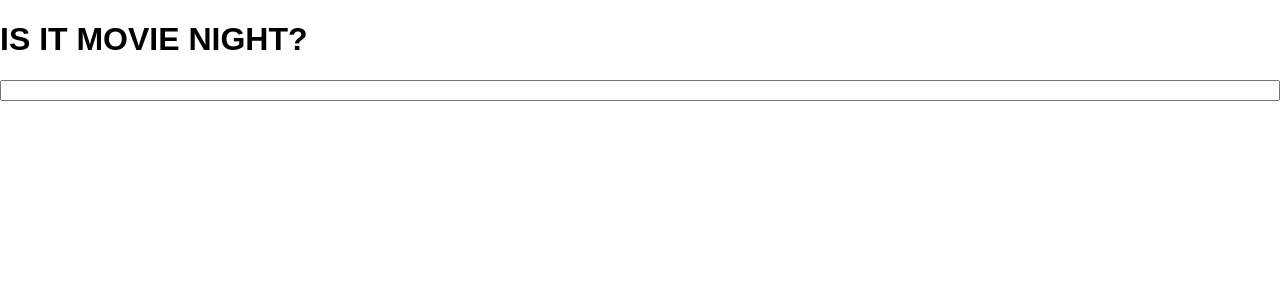
Repository: runner855/movies-app
Page: /
These files come from the project's save history. The page is drawn as it stood at one moment and after the next save; the edit follows.
The browser window is 1280 px wide. The pictures show the whole page.
The project was rebuilt for these pictures with package versions that can differ from the ones it lists, and the page was loaded fresh each time.

Above is the page before, as saved 2021-06-15 19:44:54.

After the next save:
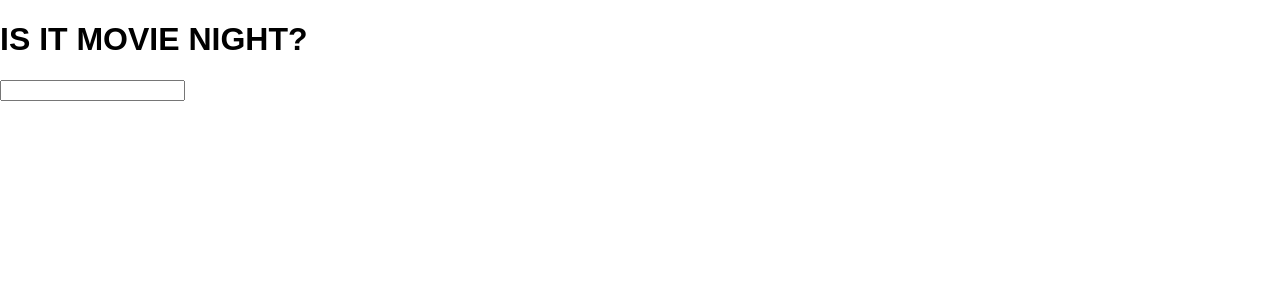
Saved 100 s later.
--- a/src/components/Search.js
+++ b/src/components/Search.js
@@ -3,7 +3,9 @@ import React from "react";
 const Search = () => {
   return (
     <>
-      <input className="search-input" type="text" />
+      <form className="search-form">
+        <input className="search-input" type="text" />
+      </form>
     </>
   );
 };
